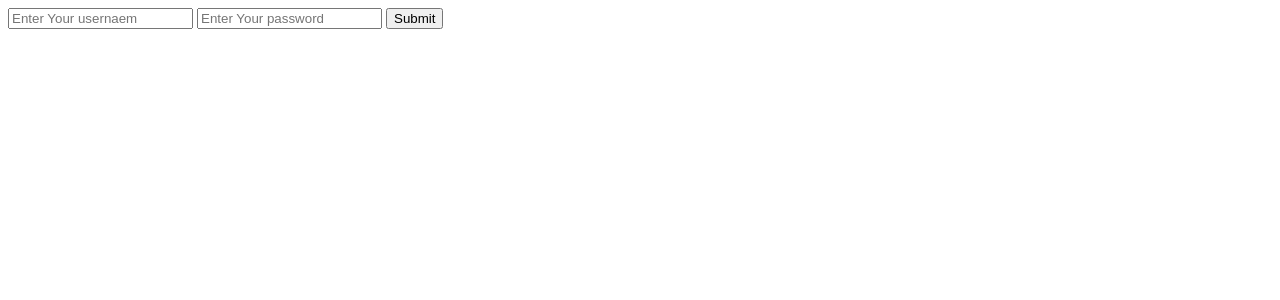
Repository: Rudra-Shiva74/JSP
Page: http://localhost/Check2/
The author's editor kept a copy of each file at every save. The page is drawn from the files as they stood at one save, then again after the next save.
The browser window is 1280 px wide. The pictures show the whole page.
The page is served by Tomcat 10. Other server files are loaded and not shown.

Above is the page before, as saved 2023-09-02 19:08:26.

### Check2/src/main/webapp/index.jsp
<%@ page language="java" contentType="text/html; charset=UTF-8"
	pageEncoding="UTF-8"%>
<!DOCTYPE html>
<html>
<head>
<meta charset="UTF-8">
<title>Login Here</title>
</head>
<body>
	<form action="Abhishek" method="post">
		<input type="text" placeholder="Enter Your usernaem" name="username" />
		<input type="password" placeholder="Enter Your password"
			name="password" /> <input type="submit" value="Submit" />
	</form>
</body>
</html>

After the next save:
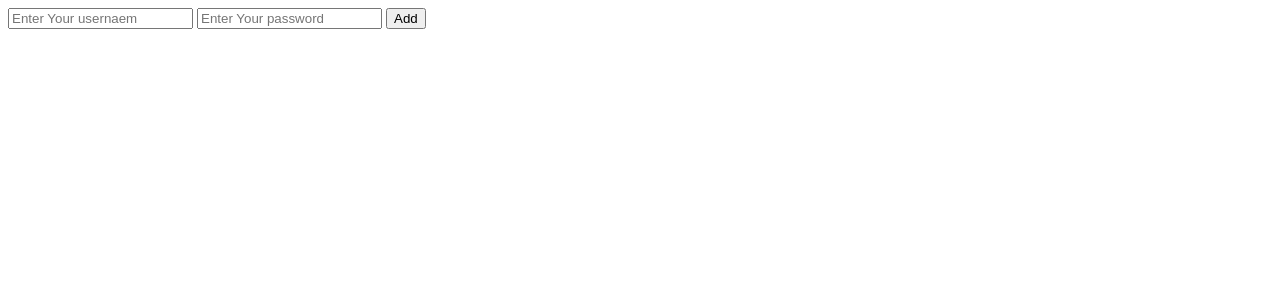
Saved 33 min 0 s later.
--- a/Check2/src/main/webapp/index.jsp
+++ b/Check2/src/main/webapp/index.jsp
@@ -10,7 +10,7 @@
 	<form action="Abhishek" method="post">
 		<input type="text" placeholder="Enter Your usernaem" name="username" />
 		<input type="password" placeholder="Enter Your password"
-			name="password" /> <input type="submit" value="Submit" />
+			name="password" /> <input type="submit" value="Add" />
 	</form>
 </body>
 </html>
